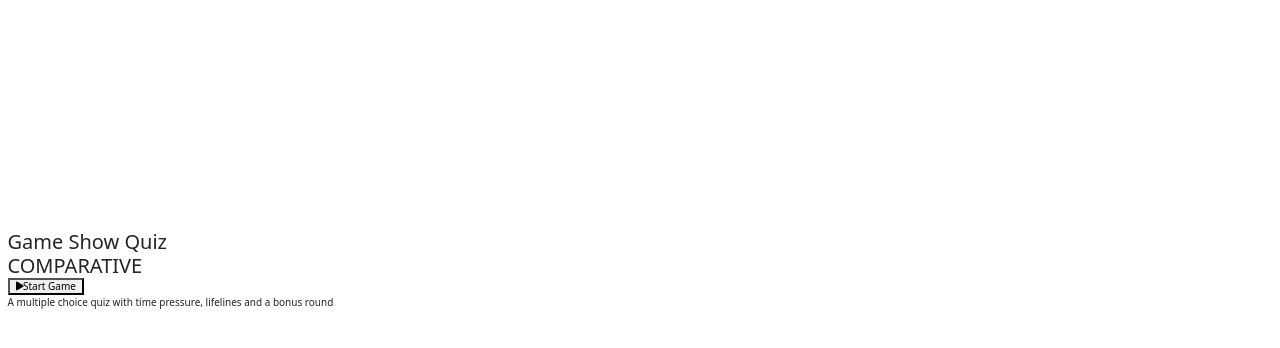
Repository: litaiqiang1407/comparative-gq
Page: /
These files come from the project's save history. The page is drawn as it stood at one moment and after the next save; the edit follows.
The browser window is 1280 px wide. The pictures show the whole page.
The project was rebuilt for these pictures with package versions that can differ from the ones it lists, and the page was loaded fresh each time. Also part of the build but not shown: vue.config.js.

Above is the page before, as saved 2024-06-20 19:43:03.

### public/index.html
<!DOCTYPE html>
<html lang="">
  <head>
    <meta charset="utf-8" />
    <meta http-equiv="X-UA-Compatible" content="IE=edge" />
    <meta name="viewport" content="width=device-width,initial-scale=1.0" />
    <link rel="icon" href="<%= BASE_URL %>favicon.ico" />
    <title>Comparative Game show Quiz</title>
  </head>
  <body>
    <div id="app"></div>
    <!-- built files will be auto injected -->
  </body>
</html>

### src/main.js
// main.js

import { createApp } from "vue";
import App from "./App.vue";
import router from "./router"; // Assuming you have set up router/index.js properly
import "bootstrap/dist/css/bootstrap.min.css";
import "bootstrap/dist/js/bootstrap.bundle.min.js";
import "bootstrap";

// Font Awesome imports
import { library } from "@fortawesome/fontawesome-svg-core";
import { FontAwesomeIcon } from "@fortawesome/vue-fontawesome";
import { fas } from "@fortawesome/free-solid-svg-icons";
import { far } from "@fortawesome/free-regular-svg-icons";
import { fab } from "@fortawesome/free-brands-svg-icons";

library.add(fas, far, fab);

const app = createApp(App);

// Register the FontAwesomeIcon component globally
app.component("font-awesome-icon", FontAwesomeIcon);

// Use Vue Router
app.use(router);

// Mount the app
app.mount("#app");

### src/App.vue
<template>
  <start-game v-if="status === 'start'" @onStart="onStart()" />
  <game-intro v-if="status === 'intro'" @onPlay="onPlay()" />
  <playing-game v-if="status === 'playing'" />
</template>

<script>
// Import
import StartGame from "./components/StartGame/StartGame.vue";
import GameIntro from "./components/PlayingGame/Intro/GameIntro.vue";
import PlayingGame from "./components/PlayingGame/PlayingGame.vue";

// Export
export default {
  name: "App",
  data() {
    return {
      status: "start",
    };
  },
  components: {
    StartGame,
    GameIntro,
    PlayingGame,
  },
  methods: {
    onStart() {
      this.status = "intro";
    },
    onPlay() {
      this.status = "playing";
    },
  },
};
</script>

// Scoped CSS
<style lang="scss">
.example {
  color: blue;
}
</style>

### src/router/index.js
// src/router/index.js

import { createRouter, createWebHistory } from "vue-router";
import StartGame from "../components/StartGame/StartGame.vue";
import PlayingGame from "../components/PlayingGame/PlayingGame.vue";
import GameIntro from "../components/PlayingGame/Intro/GameIntro.vue";

const routes = [
  { path: "/", component: StartGame },
  { path: "/intro", component: GameIntro },
  { path: "/playing", component: PlayingGame },
];

const router = createRouter({
  history: createWebHistory(),
  routes,
});

export default router;

### src/assets/styles/GlobalStyles.scss
@import "normalize.css";
@import url("https://fonts.googleapis.com/css2?family=Rubik:ital,wght@0,300..900;1,300..900&display=swap");

* {
  box-sizing: border-box;
}

html {
  font-size: 62.5%;
}

body {
  font-family: "Rubik", sans-serif;
  font-size: 1.6rem;
  line-height: 1.5;
  text-rendering: optimizeSpeed;
}

h1,
h2,
h3 {
  margin: 0;
}

### src/components/StartGame/StartGame.vue
<template>
  <div class="start">
    <div class="container">
      <h2 class="title">Game Show Quiz</h2>
      <h1 class="game-name">COMPARATIVE</h1>
      <button class="play-button" @click="onStart()">
        <font-awesome-icon :icon="['fas', 'play']" />
        <span>Start Game</span>
      </button>
      <div class="description">
        A multiple choice quiz with time pressure, lifelines and a bonus round
      </div>
    </div>
  </div>
</template>

<script>
import { FontAwesomeIcon } from "@fortawesome/vue-fontawesome";

export default {
  components: {
    FontAwesomeIcon,
  },
  methods: {
    onStart() {
      this.$emit("onStart");
    },
  },
};
</script>

<style lang="scss" scoped>
@import "./StartGame.scss";
</style>

### src/components/PlayingGame/Intro/GameIntro.vue
<template>
  <div class="game-intro">
    <h1>Welcome to the Game!</h1>
    <p>Get ready...</p>
  </div>
</template>

<script>
export default {
  name: "GameIntro",
  mounted() {
    setTimeout(() => {
      this.$emit("onPlay");
    }, 3000);
  },
};
</script>

<style lang="scss" scoped>
@import "./GameIntro.scss";
</style>

### src/components/PlayingGame/PlayingGame.vue
<template>
  <div class="playing-game">
    <h1>Playing Game...</h1>
    <!-- Game content here -->
  </div>
</template>

<script>
export default {
  name: "PlayingGame",
};
</script>

<style lang="scss" scoped>
.playing-game {
  text-align: center;
  h1 {
    color: #35495e;
  }
}
</style>

### src/components/StartGame/StartGame.scss
.start {
  display: flex;
  justify-content: center;
  align-items: center;
  height: 100vh;
  width: 1020px;
  height: 540px;
}

### src/components/PlayingGame/Intro/GameIntro.scss
.game-intro {
    display: flex;
    flex-direction: column;
    align-items: center;
    justify-content: center;
    height: 100vh;
    background-color: #f5f5f5;
    h1 {
      color: #35495e;
    }
    p {
      color: #42b983;
      font-size: 24px;
    }
  }

After the next save:
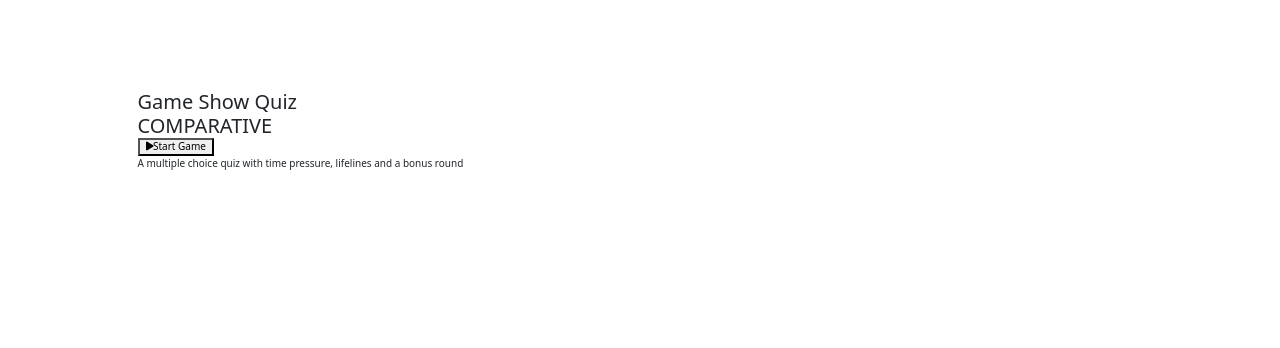
Saved 12 s later.
--- a/src/components/StartGame/StartGame.scss
+++ b/src/components/StartGame/StartGame.scss
@@ -3,6 +3,9 @@
   justify-content: center;
   align-items: center;
   height: 100vh;
-  width: 1020px;
-  height: 540px;
+
+  .container {
+    width: 1020px;
+    height: 540px;
+  }
 }
